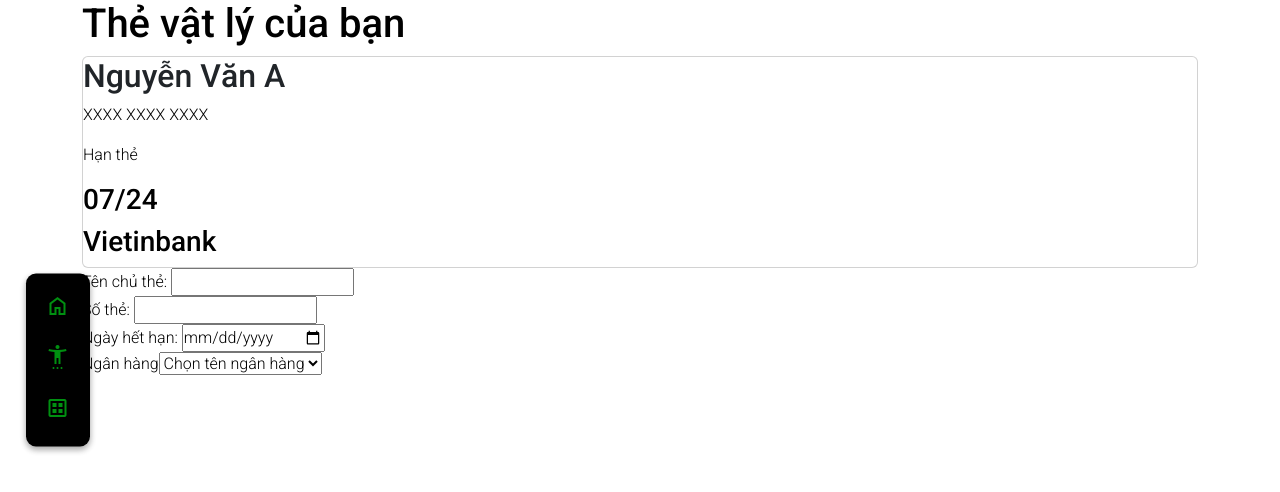
Repository: tuankiet10920/homeworkFEF
Page: /about
These files come from the project's save history. The page is drawn as it stood at one moment and after the next save; the edit follows.
The browser window is 1280 px wide. The pictures show the whole page.
The project was rebuilt for these pictures with package versions that can differ from the ones it lists, and the page was loaded fresh each time. Also part of the build but not shown: vite.config.js, src/components/HelloWorld.vue, src/views/HomeView.vue.

Above is the page before, as saved 2024-10-22 23:50:26.

After the next save:
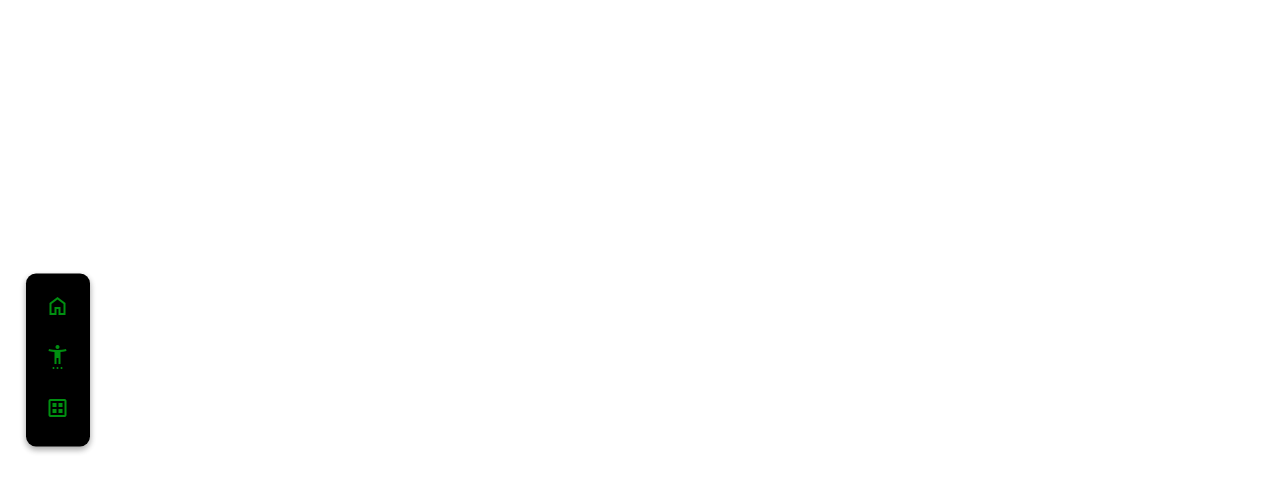
Saved 89 s later.
--- a/src/views/AboutView.vue
+++ b/src/views/AboutView.vue
@@ -1,8 +1,8 @@
 <script setup>
-import Bai3 from '../Labs/Lab2/Bai3.vue'
+import Bai4 from '../Labs/Lab2/Bai4.vue'
 </script>
 <template>
-  <Bai3 />
+  <Bai4 />
 </template>
 
 <style></style>
